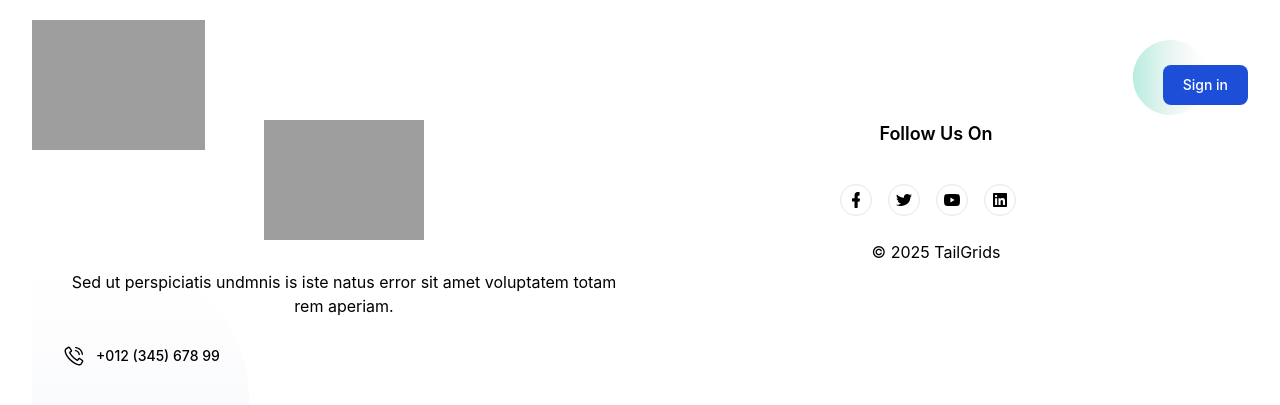
Repository: sayanroychaudhuri/React-One-Page-Ecommerce-Product-List
Page: /
These files come from the project's save history. The page is drawn as it stood at one moment and after the next save; the edit follows.
The browser window is 1280 px wide. The pictures show the whole page.
Pictures or frames that could not be fetched are drawn as grey boxes. The page's requests for data from a server got no answer. The project was rebuilt for these pictures with package versions that can differ from the ones it lists, and the page was loaded fresh each time. No one was signed in, and anything a server would have sent is missing.

Above is the page before, as saved 2024-02-01 20:31:54.

After the next save:
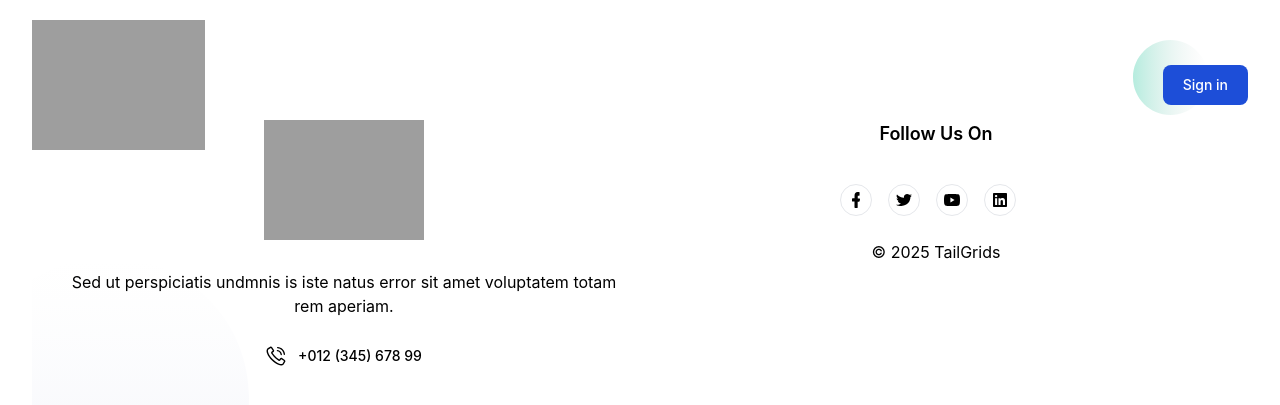
Saved 32 s later.
--- a/src/components/products/Footer.js
+++ b/src/components/products/Footer.js
@@ -24,7 +24,7 @@ const Footer = () => {
                   Sed ut perspiciatis undmnis is iste natus error sit amet
                   voluptatem totam rem aperiam.
                 </p>
-                <p className="flex items-center text-sm font-medium text-dark dark:text-white">
+                <p className="flex items-center text-sm font-medium text-dark dark:text-white justify-center">
                   <span className="mr-3 text-primary">
                     <svg
                       width="20"
